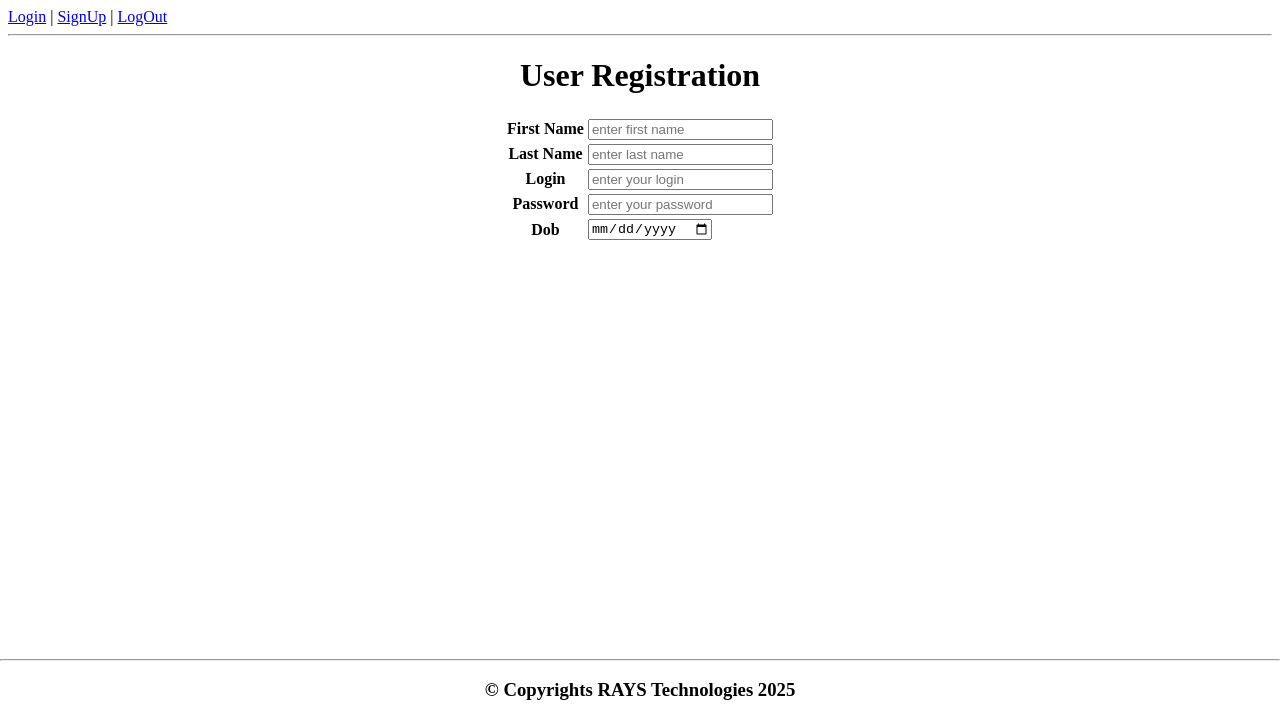
Repository: Deepak9669/JSP-Servlet
Page: http://localhost/Dynamic-Web-Project/UserRegistrationView.jsp
The author's editor kept a copy of each file at every save. The page is drawn from the files as they stood at one save, then again after the next save.
The browser window is 1280 px wide. The pictures show the whole page.
The page is served by Tomcat 9.

Above is the page before, as saved 2025-10-03 12:31:11.

After the next save:
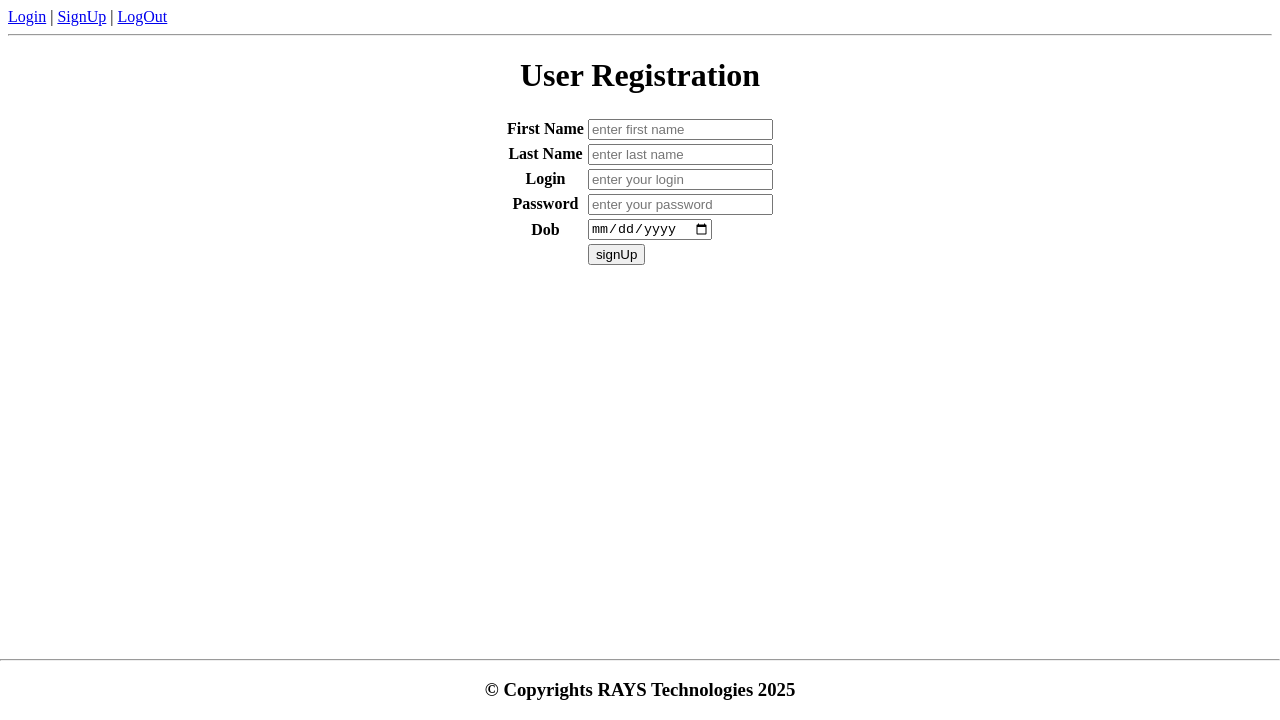
Saved 2 min 39 s later.
--- a/Dynamic-Web-Project/WebContent/UserRegistrationView.jsp
+++ b/Dynamic-Web-Project/WebContent/UserRegistrationView.jsp
@@ -41,6 +41,10 @@
 					placeholder="enter your dob"></td>
 
 			</tr>
+			<tr>
+			<th></th>
+			<td><input type="submit"name="operation"value="signUp"></td>
+			</tr>
 
 		</table>
 
